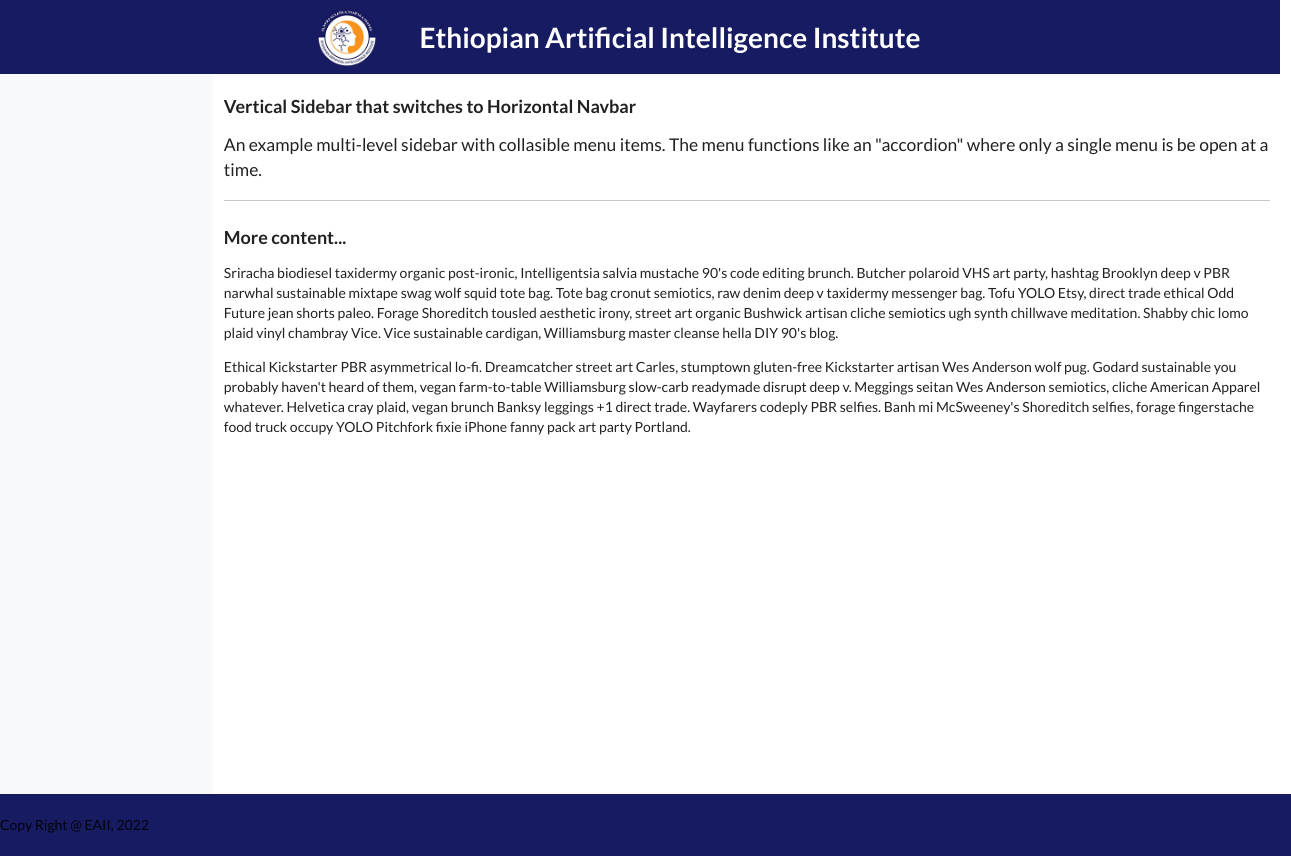
Repository: degagawolde/lung-disease-detection-webapp
Page: http://localhost/
The author's editor kept a copy of each file at every save. The page is drawn from the files as they stood at one save, then again after the next save.
The browser window is 1280 px wide. The page is 1291 px wide, so the pictures cover 1291 px, including what lies to the right of the window. The pictures show the whole page.
Some web libraries are served in a nearby version. The page is served by the project's application, run on Django 4.2 (manage.py).

Above is the page before, as saved 2022-09-25 17:32:22.

After the next save:
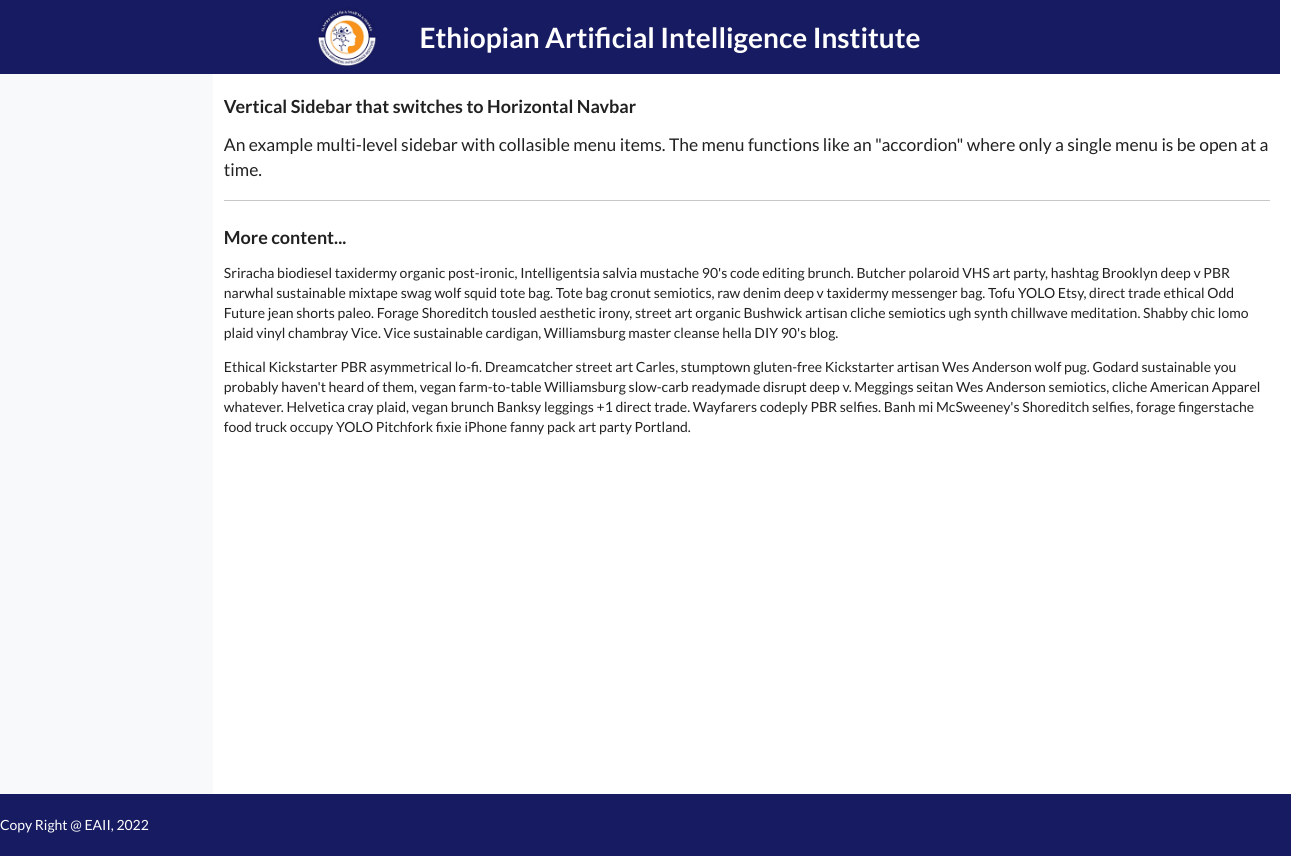
Saved 21 s later.
--- a/templates/index.html
+++ b/templates/index.html
@@ -58,7 +58,7 @@
      {% endblock %}
 
     <footer class="row py-4 mt-auto" style="background-color: #171b62;">
-        <div class="col"> Copy Right @ EAII, 2022 </div>
+        <div class="col" style="color: white"> Copy Right @ EAII, 2022 </div>
     </footer>
 
 </body>
